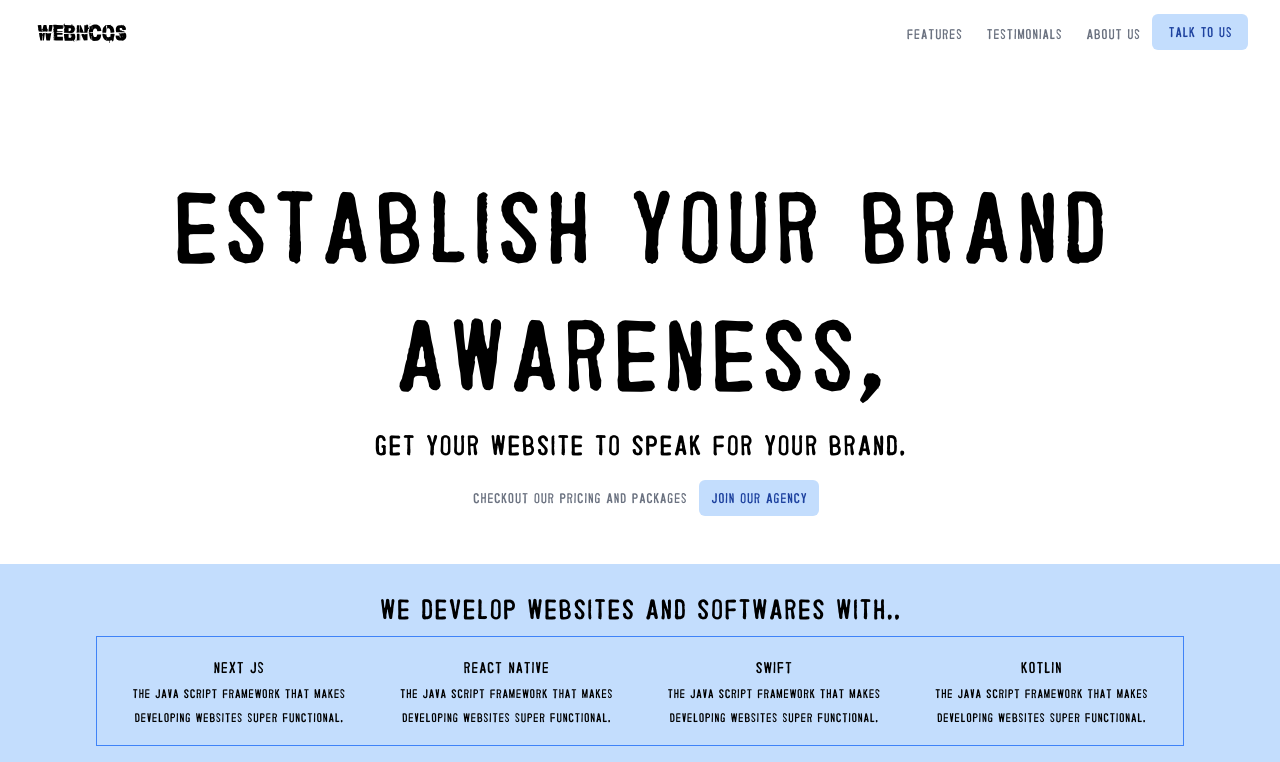
Repository: 1realjulius/webncos
Page: /
An editor plug-in stored every save of this project. The page is shown before and after the next save, followed by the edit.
The browser window is 1280 px wide. The pictures show the whole page.
The project was rebuilt for these pictures with package versions that can differ from the ones it lists, and the page was loaded fresh each time. The framework's server and built-in components were replaced by stand-ins that run in the browser. Also part of the build but not shown: next.config.js.

Above is the page before, as saved 2022-09-02 08:29:23.

### pages/index.tsx
import type { NextPage } from "next";
import Head from "next/head";
import ComingSoon from "../components/ComingSoon";
import MainHome from "../components/MainHome";
import NavigationBar from "../components/NavigationBar";

const Home: NextPage = () => {
  return (
    <div className="flex min-h-screen flex-col font-parcel">
      <Head>
        <title>Webncos</title>
        <meta
          name="description"
          content="Website and Software Development Agency."
        />
        <meta property="og:type" content="website" />
        <meta property="og:url" content="https://www.webncos.com/" />
        <meta
          property="og:title"
          content="Webncos — Website and Software Development Agency."
        />
        <meta
          property="og:description"
          content="Website and Software Development Agency."
        />
        {/* <meta property="og:image" content="/Assets/newmemoji.svg"/> */}
        {/* <meta property="twitter:card" content="/Assets/Julius_Eghan.jpg"/> */}
        <meta property="twitter:url" content="https://www.webncos.com/" />
        <meta
          property="twitter:title"
          content="Webncos — Website and Software Development Agency."
        />
        <meta
          property="twitter:description"
          content="Website and Software Development Agency."
        />
        {/* <meta property="twitter:image" content="/Assets/Julius_Eghan.jpg"/> */}
        <link rel="icon" href="/favicon.ico" />
        <link
          rel="apple-touch-icon"
          sizes="180x180"
          href="/apple-touch-icon.png"
        />
        <link
          rel="icon"
          type="image/png"
          sizes="32x32"
          href="/favicon-32x32.png"
        />
        <link
          rel="icon"
          type="image/png"
          sizes="16x16"
          href="/favicon-16x16.png"
        />
        <link rel="manifest" href="/site.webmanifest" />
        {/* <meta name="google-site-verification" content="0HesePHVymRqGiL70HUKPIq0Zsap0uUIb_Ci0DpImRY" /> */}
        <meta
          name="theme-color"
          content="#2563eb"
          media="(prefers-color-scheme: light)"
        />
        <meta
          name="theme-color"
          content="#2563eb"
          media="(prefers-color-scheme: dark)"
        />
      </Head>
      <NavigationBar />
      <MainHome />
    </div>
  );
};

export default Home;

### styles/globals.css
@tailwind base;
@tailwind components;
@tailwind utilities;

@layer base{
      @font-face{
        font-family: 'ApercuBold';
        src: url("/Fonts/ApercuPro-Bold.woff") format("woff"),url("/Fonts/ApercuPro-Bold.woff2") format("woff2");
      }
      @font-face{
        font-family: 'ApercuMedium';
        src: url("/Fonts/ApercuPro-Medium.woff") format("woff"),url("/Fonts/ApercuPro-Medium.woff2") format("woff2");
      }
      @font-face{
        font-family: 'circularBlack';
        src: url("/Fonts/circular-black.woff2") format("woff2");
      }
      @font-face{
        font-family: 'circularBold';
        src: url("/Fonts/circular-bold.woff2") format("woff2");
      }
      @font-face{
        font-family: 'circularBook';
        src: url("/Fonts/circular-book.woff2") format("woff2");
      }
      @font-face{
        font-family: 'circularMedium';
        src: url("/Fonts/circular-medium.woff2") format("woff2");
      }
      @font-face{
        font-family: 'parcel';
        src: url("/Fonts/parcel.woff2") format("woff2"), url("/Fonts/parcel.woff") format("woff");
      }
    }

### components/MainHome.tsx
import Link from "next/link";
import React from "react";
import Image from "next/image";
import FeatureImg from "/Assets/Julius_Eghan.jpg";
import FImg from "/Assets/Julius_Eghan.jpg";

const MainHome = () => {
  return (
    <div>
      {/* header */}
      <div>
        <div className=" flex flex-col items-center justify-center mt-20 mb-10">
          <div className="pt-4 pb-2">
            <h1 className="text-6xl md:text-9xl text-center font-parcel px-2">
              ESTABLISH YOUR BRAND AWARENESS,
            </h1>
          </div>
          <div className="pb-2">
            <h2 className="text-2xl md:text-4xl font-parcel px-2">
              GET YOUR WEBSITE TO SPEAK FOR YOUR BRAND.
            </h2>
          </div>
          <div className="flex flex-col md:flex-row items-center">
            <div className="px-3 py-1 my-2">
              <Link href="#">
                <h3 className="text-gray-500 hover:text-gray-900 cursor-pointer text-lg">
                  Checkout Our Pricing And Packages
                </h3>
              </Link>
            </div>
            <Link href="#">
              <div className="px-3 py-1 rounded-md bg-blue-200 active:bg-blue-300 my-2 cursor-pointer">
                <h3 className="text-blue-800 text-lg">Join Our Agency</h3>
              </div>
            </Link>
          </div>
        </div>
      </div>
      {/* We develop brands */}
      <div className="flex flex-col bg-blue-200 p-4 px-4 md:px-24 items-center justify-center">
        <div className="py-2">
          <h1 className="text-xl md:text-4xl">WE DEVELOP WEBSITES AND SOFTWARES WITH..</h1>
        </div>
        <div className="p-2 flex flex-col md:flex-row border border-blue-500">
          <div className="flex flex-row">
            <div className="p-2 text-center">
              <div>
                <h1 className="text-xl">Next Js</h1>
              </div>
              <div>
                The Java Script Framework that makes developing websites super
                functional.
              </div>
            </div>
            <div className="p-2 text-center">
              <div>
              <h1 className="text-xl">React Native</h1>
              </div>
              <div>
                The Java Script Framework that makes developing websites super
                functional.
              </div>
            </div>
          </div>
          <div className=" flex flex-row">
            <div className="p-2 text-center">
              <div>
              <h1 className="text-xl">Swift</h1>
              </div>
              <div>
                The Java Script Framework that makes developing websites super
                functional.
              </div>
            </div>
            <div className="p-2 text-center">
              <div>
              <h1 className="text-xl">Kotlin</h1>
              </div>
              <div>
                The Java Script Framework that makes developing websites super
                functional.
              </div>
            </div>
          </div>
        </div>
      </div>
      {/* Fameworks Used */}
      <div></div>
      {/* Services We offer (Features) */}
      <div></div>
      {/* Testimonials */}
      <div></div>
      {/* FAQs */}
      <div></div>
      {/* Other Sections */}
      <div></div>
    </div>
  );
};

export default MainHome;

### components/NavigationBar.tsx
/* This example requires Tailwind CSS v2.0+ */
import { Fragment } from "react";
import { Disclosure, Menu, Transition } from "@headlessui/react";
import { BellIcon, MenuIcon, XIcon } from "@heroicons/react/outline";
import Link from "next/link";
import Image from "next/image";

function classNames(...classes: string[]) {
  return classes.filter(Boolean).join(" ");
}

export default function NavigationBar() {
  return (
    <Disclosure as="nav" className="bg-white">
      {({ open }) => (
        <>
          <div className="max-w-7xl mx-auto px-4 sm:px-6 lg:px-8">
            <div className="flex justify-between h-16">
              <div className="flex">
                <div className="flex-shrink-0 flex items-center">
                  {/* the logo */}
                  <Link href="#">
                    <Image
                      src="/Assets/webncos-logo-lg.svg"
                      width={100}
                      height={22}
                      alt="webncos logo"
                      className=""
                    />
                  </Link>
                </div>
                <div className="hidden sm:ml-6 sm:flex sm:space-x-8"></div>
              </div>
              <div className="hidden sm:ml-6 sm:flex sm:items-center">
                <a
                  href="#"
                  className="text-gray-500 text-lg hover:text-gray-900 inline-flex items-center px-3 pt-1 "
                >
                  Features
                </a>
                <a
                  href="#"
                  className=" text-gray-500 hover:text-gray-900 inline-flex items-center px-3 pt-1  text-lg"
                >
                  Testimonials
                </a>
                <a
                  href="#"
                  className=" text-gray-500 hover:text-gray-900 inline-flex items-center px-3 pt-1  text-lg"
                >
                  About Us
                </a>
                <Link href="#">
                  <div className="px-4 py-1 bg-blue-200 active:bg-blue-300 rounded-md cursor-pointer">
                    <h2 className="text-blue-800 text-lg">Talk To Us</h2>
                  </div>
                </Link>
              </div>
              <div className="-mr-2 flex items-center sm:hidden">
                {/* Mobile menu button */}
                <Disclosure.Button className="inline-flex items-center justify-center p-2 rounded-full text-gray-400 hover:text-gray-500 hover:bg-gray-100 ">
                  <span className="sr-only">Open main menu</span>
                  {open ? (
                    <XIcon className="block h-6 w-6" aria-hidden="true" />
                  ) : (
                    <MenuIcon className="block h-6 w-6" aria-hidden="true" />
                  )}
                </Disclosure.Button>
              </div>
            </div>
          </div>

          <Disclosure.Panel className="sm:hidden border-2 rounded-lg px-2 mx-2">
            <div className="flex flex-col pt-2 space-y-1 items-center">
              <a
                className="hover:bg-gray-100 w-full text-center py-2 rounded-md text-lg"
                href="#"
              >
                Features
              </a>
              <a
                className="hover:bg-gray-100 w-full text-center py-2 rounded-md text-lg"
                href="#"
              >
                Testimonials
              </a>
              <a
                className="hover:bg-gray-100 w-full text-center py-2 rounded-md text-lg"
                href="#"
              >
                About Us
              </a>
            </div>
            <div className="flex py-2 items-center justify-center">
              <Link href="#">
                <div className="px-3 py-1 bg-blue-200 active:bg-blue-300 rounded-md cursor-pointer">
                  <h2 className="text-blue-800 text-lg">Contact Us</h2>
                </div>
              </Link>
            </div>
          </Disclosure.Panel>
        </>
      )}
    </Disclosure>
  );
}

### tailwind.config.js
/** @type {import('tailwindcss').Config} */
module.exports = {
  content: [
    './pages/**/*.{js,ts,jsx,tsx}',
    './components/**/*.{js,ts,jsx,tsx}',
    "./node_modules/flowbite-react/**/*.js",
  ],
  theme: {
    extend: {
      fontFamily: {
        ApercuBold: 'ApercuBold, sans',
        ApercuMedium: 'ApercuMedium, sans',
        circularBlack: 'circularBlack, sans',
        circularBold: 'circularBold, sans',
        circularBook: 'circularBook, sans',
        circularMedium: 'circularMedium, sans',
        parcel: 'parcel, sans',
      },
    },
  },
  plugins: [
    require("flowbite/plugin")
  ],
}

Loaded but not shown: pages/_app.tsx (common file); pages/api/hello.ts (common file)

After the next save:
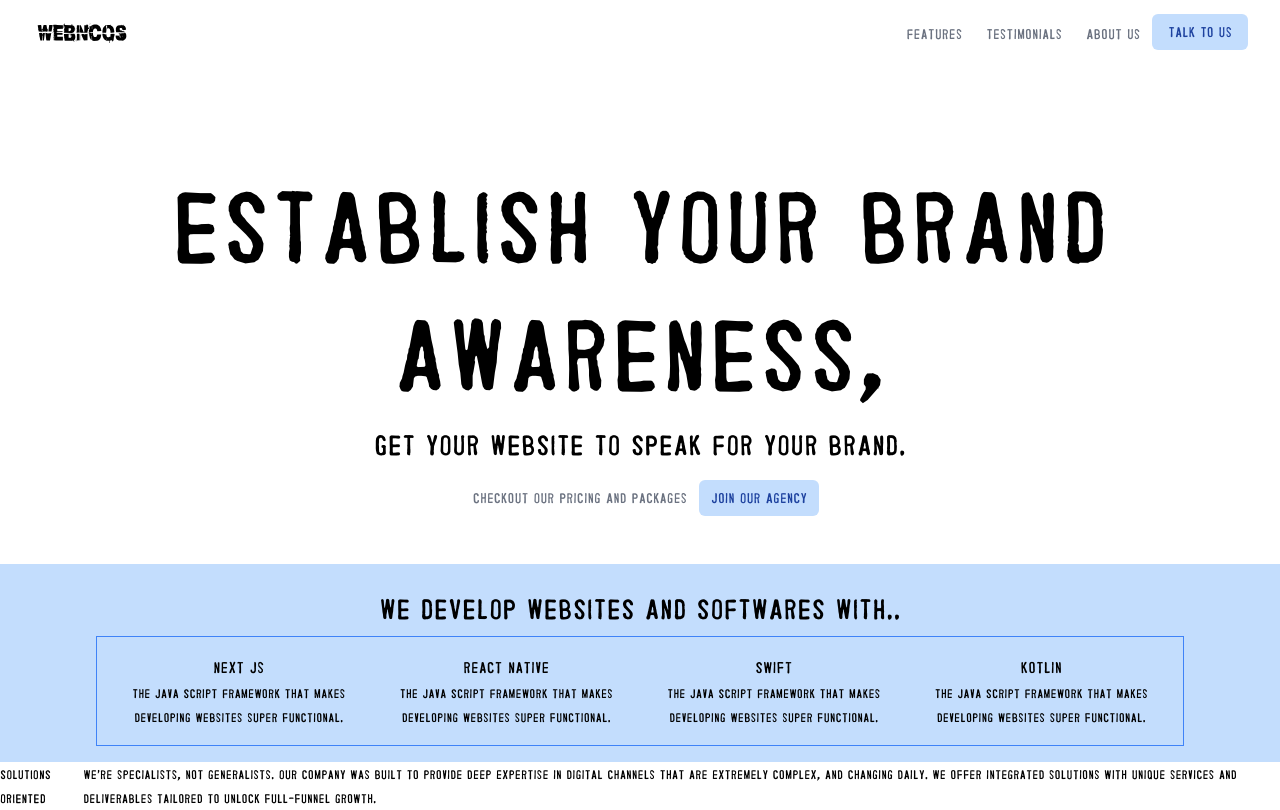
Saved 81 s later.
--- a/components/MainHome.tsx
+++ b/components/MainHome.tsx
@@ -39,7 +39,9 @@ const MainHome = () => {
       {/* We develop brands */}
       <div className="flex flex-col bg-blue-200 p-4 px-4 md:px-24 items-center justify-center">
         <div className="py-2">
-          <h1 className="text-xl md:text-4xl">WE DEVELOP WEBSITES AND SOFTWARES WITH..</h1>
+          <h1 className="text-xl md:text-4xl">
+            WE DEVELOP WEBSITES AND SOFTWARES WITH..
+          </h1>
         </div>
         <div className="p-2 flex flex-col md:flex-row border border-blue-500">
           <div className="flex flex-row">
@@ -54,7 +56,7 @@ const MainHome = () => {
             </div>
             <div className="p-2 text-center">
               <div>
-              <h1 className="text-xl">React Native</h1>
+                <h1 className="text-xl">React Native</h1>
               </div>
               <div>
                 The Java Script Framework that makes developing websites super
@@ -65,7 +67,7 @@ const MainHome = () => {
           <div className=" flex flex-row">
             <div className="p-2 text-center">
               <div>
-              <h1 className="text-xl">Swift</h1>
+                <h1 className="text-xl">Swift</h1>
               </div>
               <div>
                 The Java Script Framework that makes developing websites super
@@ -74,7 +76,7 @@ const MainHome = () => {
             </div>
             <div className="p-2 text-center">
               <div>
-              <h1 className="text-xl">Kotlin</h1>
+                <h1 className="text-xl">Kotlin</h1>
               </div>
               <div>
                 The Java Script Framework that makes developing websites super
@@ -85,7 +87,17 @@ const MainHome = () => {
         </div>
       </div>
       {/* Fameworks Used */}
-      <div></div>
+      <div>
+        <div className="flex items-center justify-center">
+          <h1>SOLUTIONS ORIENTED</h1>
+          <p>
+            We’re specialists, not generalists. Our company was built to provide
+            deep expertise in digital channels that are extremely complex, and
+            changing daily. We offer integrated solutions with unique services
+            and deliverables tailored to unlock full-funnel growth.
+          </p>
+        </div>
+      </div>
       {/* Services We offer (Features) */}
       <div></div>
       {/* Testimonials */}
